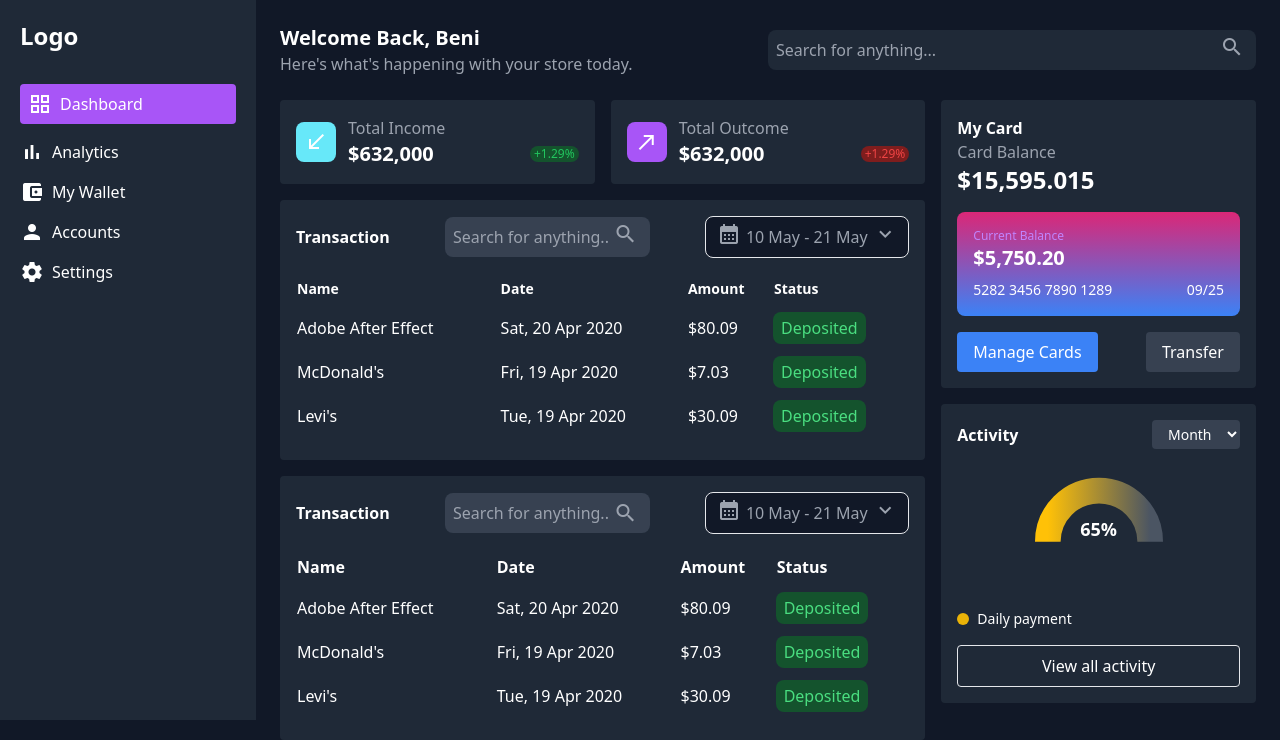
Repository: MuthuPandi-B/landing-Page-Task
Page: index.html
These files come from the project's save history. The page is drawn as it stood at one moment and after the next save; the edit follows.
The browser window is 1280 px wide. The pictures show the whole page.
Some web libraries are served in a nearby version.

Above is the page before, as saved 2025-03-17 18:47:09.

After the next save:
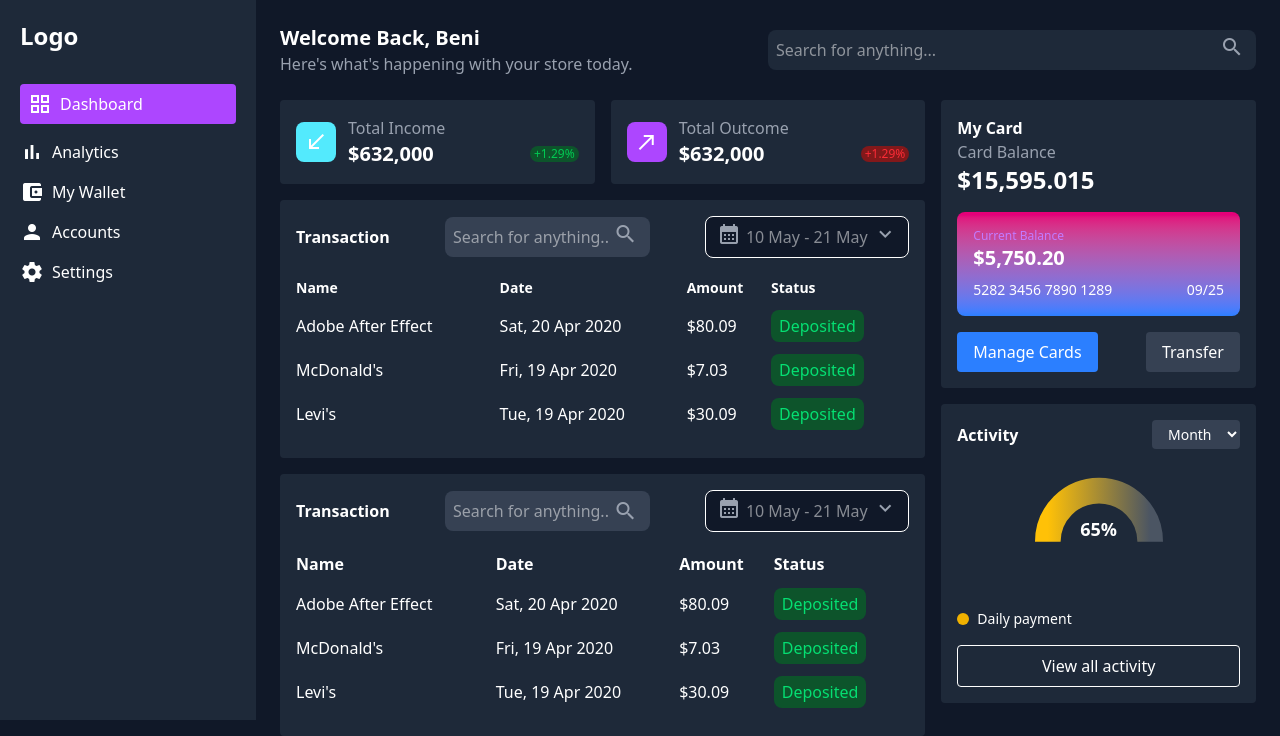
Saved 46 min 21 s later.
--- a/index.html
+++ b/index.html
@@ -4,7 +4,8 @@
     <meta charset="UTF-8">
     <meta name="viewport" content="width=device-width, initial-scale=1.0">
     <title>Dashboard</title>
-    <script src="https://cdn.tailwindcss.com"></script>
+    <script src="https://cdn.jsdelivr.net/npm/@tailwindcss/browser@4"></script>
+</head>
     <link href="https://fonts.googleapis.com/icon?family=Material+Icons" rel="stylesheet">
 </head>
 <body class="bg-gray-900 text-white">
